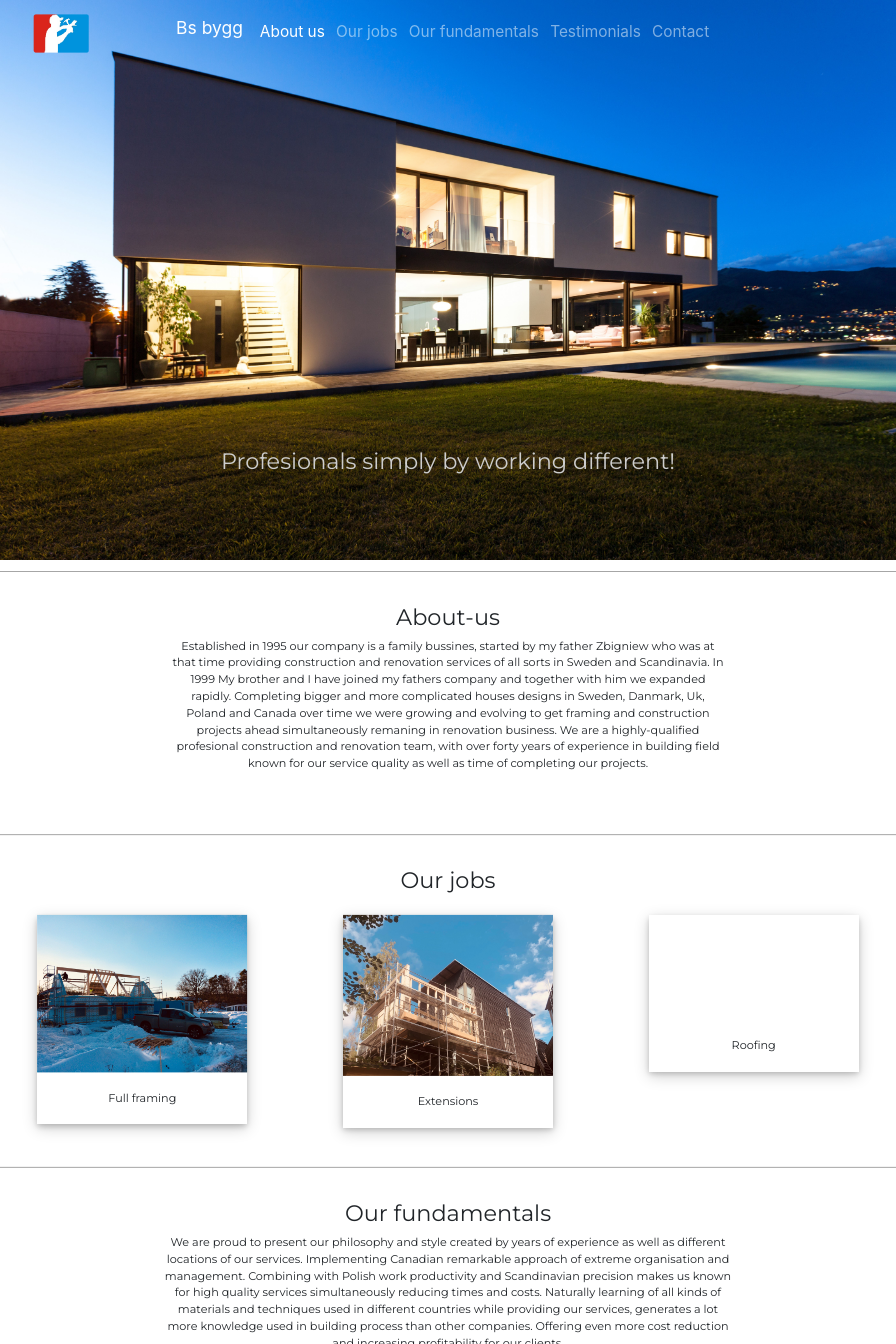
Repository: Bartie1982/milestone-project-1
Page: index.html
The author's editor kept a record of every edit. The page is drawn from the files as they stood at one moment, then again after the next edit.
The browser window is 1280 px wide. The pictures show the part of the page from y = 0 to 1920 px (the page is 2941 px tall), at 70% of full size.

Above is the page before.

### index.html
<!DOCTYPE html>
<html lang="en">

<head>
    <meta charset="UTF-8">
    <meta name="viewport" content="width=device-width, initial-scale=1.0">
    <meta http-equiv="X-UA-Compatible" content="ie=edge">
    <link rel="stylesheet" href="https://stackpath.bootstrapcdn.com/bootstrap/4.3.1/css/bootstrap.min.css" type="text/css" />
    <link rel="stylesheet" href="https://stackpath.bootstrapcdn.com/font-awesome/4.7.0/css/font-awesome.min.css" type="text/css" />
    <link rel="stylesheet" href="assets/css/style.css" type="text/css" />
    <title>BsBygg</title>
</head>

<body>
    <header>
        <div class="container-fluid">
            <div class="row">
                    <div class="col-lg-11 d-flex">
                         <a href="index.html" class="col-md-2 logo "></a>
                        <nav class="navbar navbar-expand-xl navbar-dark">
                            <a class="navbar-brand" href="index.html">Bs bygg</a>
                                <button class="navbar-toggler" type="button" data-toggle="collapse" data-target="#navbarNav" aria-controls="navbarNav" aria-expanded="false" aria-label="Toggle navigation">
                                     <span class="navbar-toggler-icon"></span>
                                </button>
                                <div class="collapse navbar-collapse" id="navbarNav">
                                    <ul class="navbar-nav mr-auto">
                                        <li class="nav-item active">
                                            <a class="nav-link" href="#about-us">About us</a>
                                        </li>
                                        <li class="nav-item">
                                            <a class="nav-link" href="#our-jobs">Our jobs</a>
                                        </li>
                                        <li class="nav-item">
                                            <a class="nav-link" href="#our-fundamentals">Our fundamentals</a>
                                        </li>
                                        <li class="nav-item">
                                            <a class="nav-link" href="#testimonials">Testimonials</a>
                                        </li>
                                        <li class="nav-item">
                                            <a class="nav-link" href="#contact">Contact</a>
                                        </li>
                                    </ul>
                                </div>
                        </nav>
                    </div>
            </div>
        </div>
        <div class="container">
            <div class="row">
                    <div class="col-md-12 d-flex justify-content-center quote">
                        <h2>Profesionals simply by working different!</h2>
                    </div>
            </div>
        </div>
    </header>
        <div class="row">
            <div class="col-md-12 h-line3">
                <hr>
            </div>
        </div>
    <section>
        <div class="d-flex justify-content-center" id="about-us">
            <div class="col-md-8 about-us">
                <h2>About-us</h2>

                <p class="col-md-12 text-space">Established in 1995 our company is a family bussines,
                started by my father Zbigniew who was at that time  providing construction and renovation services of all sorts in Sweden and Scandinavia.
                In 1999 My brother and I have joined my fathers company and together with him we expanded rapidly.
                Completing bigger and more complicated houses designs in Sweden, Danmark, Uk, Poland and Canada over time  we were growing and evolving to get framing and construction projects ahead simultaneously remaning in renovation business.
                We are a highly-qualified profesional construction and renovation team, with over forty years of experience in building field known for our service quality as well as time of completing our projects.
                </p>

            </div>
        </div>

        <div class="row">
            <div class="col-md-12 h-line4">
                <hr>
            </div>
        </div>

    </section>
    <section>
        <div class="row" id="our-jobs">
            <div class="col-md-12 Our-jobs">
                <h2>Our jobs</h2>
                    <div class="row d-flex justify-content-around">
                        <div class="col-sm-12 col-md-12 col-lg-4">
                            <div class="polaroid">
                        <img src="./assets/images/balsta-light.jpg" alt="Full framing" style="width:100%">
                             <div class="container p">
                             <p>Full framing</p>
                             </div>
                       </div>
                        </div>
                        <div class="col-sm-12 col-md-12 col-lg-4">
                            <div class="polaroid">
                        <img src="./assets/images/flottare.jpg" alt="Extensions" style="width:100%">
                             <div class="container p">
                             <p>Extensions</p>
                             </div>
                       </div>
                        </div>
                        <div class="col-sm-12 col-md-12 col-lg-4">
                            <div class="polaroid">
                        <img src="./assets/images/tak-arbetet.jpg" alt="Roofing" style="width:100%">
                             <div class="container p">
                             <p>Roofing</p>
                         </div>
                        </div>
                    </div>
                </div>
            </div>
        </div>
    </section>
    <section>
        <div class="row">
            <div class="col-md-12 h-line3">
                <hr>
            </div>
        </div>
        <div class="row d-flex justify-content-center" id="our-fundamentals">
            <div class="col-md-8 our-fundamentals">
                <h2>Our fundamentals</h2>

                <p class="col-md-12 text-space">We are proud to present our philosophy and style created by years of experience as well as different locations of our services.
                Implementing  Canadian remarkable approach of extreme organisation and management.
                Combining with Polish work productivity and Scandinavian precision makes us known for high quality services simultaneously reducing times and costs.
                Naturally learning of all kinds of materials and techniques used in different countries while providing our services, generates a lot more knowledge used in building process than other companies. Offering even more
                cost reduction and increasing profitability for our clients.
                </p>
            </div>
        </div>

        <div class="row">
            <div class="col-md-12 h-line4">
                <hr>
            </div>
        </div>
    </section>
    <section>
        <div class="row" id="testimonials">
            <div class="col-md-12 Testimonials">
                <h2>Testimonials</h2>
                    <div class="row people d-flex justify-content-around">
                        <div class="col-sm-12 col-md-4 person">
                            <img class="img-fluid" src="./assets/images/Face 6.jpg" alt="Peter">
                            <p class="text-space"><i>"It's verry professional company with services worth recomending to everyone."</i><br><b>PETER</b></p>
                        </div>
                        <div class="col-sm-12 col-md-4 person">
                            <img class="img-fluid" src="./assets/images/Face 4.jpg" alt="Henrik">
                            <p class="text-space"><i>"Very good prepared and colaborative, I could see right away I have been hired profesionals."</i><br><b>HENRIK</b></p>
                        </div>
                        <div class="col-sm-12 col-md-4 person">
                            <img class="img-fluid" src="./assets/images/Face 7.jpg" alt="Frida">
                            <p class="text-space">"<i>Work was well planed, well orginased and definetly quick and clean."</i><br><b>FRIDA</b></p>
                        </div>
                    </div>
            </div>
                <div class="row">
                    <div class="col-md-12 h-line4">
                        <hr>
                    </div>
                </div>
    </section>
    <footer class="container-fluid" id="contact">
        <div class="row">
                <div class="col-lg-6 col-md-6 col-sm-12 mx-auto">
                    <h4 class="general-sub w-50 mx-auto">Contact</h4>

                        <div class="w-50 mx-auto">
                            <div>
                            <p><b>Email:</b> contact@bsbygg.com</p>
                            </div>
                            <div>
                            <p><b>Mobile:</b> 0704645042 </p>
                            </div>
                            <div>
                            <p><b>Adress:</b> Petersbergsvagen 5 <br>185 34 Vaxholm</p>
                        </div>
                </div>
        </div>
            <div class="col-lg-6 col-md-6 col-sm-12 social mx-auto">
                <h4 class="general-sub w-50 mx-auto">Social</h4>
                <ul class="list-inline social-links w-50 mx-auto">
                <li class="list-inline-item">
                    <a target="_blank" href="https://www.linkedin.com/">
                        <i class="fa fa-linkedin" aria-hidden="true"></i>
                        <span class="sr-only">Linkedin</span>
                    </a>
                </li>

                <li class="list-inline-item">
                    <a target="_blank" href="https://www.facebook.com/">
                        <i class="fa fa-facebook" aria-hidden="true"></i>
                        <span class="sr-only">Facebook</span>
                    </a>

                </li>
                <li class="list-inline-item">
                    <a target="_blank" href="https://www.pinterest.com/">
                        <i class="fa fa-pinterest" aria-hidden="true"></i>
                        <span class="sr-only">Pinterest</span>
                    </a>
                </li>
                <li class="list-inline-item">
                    <a target="_blank" href="https://www.instagram.com/">
                        <i class="fa fa-instagram" aria-hidden="true"></i>
                        <span class="sr-only">Instagram</span>
                    </a>
                </li>

                </ul>
            </div>
        </div>
        <div class="d-flex justify-content-center">
            <p class="">All rights reserved  Bartosz Szkaradzinski 2020</p>
        </div>
    </footer>
</body>

</html>

### assets/css/style.css
@import url('https://fonts.googleapis.com/css?family=Montserrat&display=swap:100,200,300,400,500,600,700|Exo:100,200,300,400,500,600,700');


/*----------------------------------------------Colours*/
.bg-color-name-title {
      color: #000234;
}



/*----------------------------------------------Heading*/

html, body {
    width: 100vw;
    overflow-x: hidden;
    overflow-y: auto;
}

header {
    margin: 0;
    background: url("../images/Villa1.jpg");
    background-repeat: no-repeat;
    background-size: cover;
    height: 800px;

}

.logo {
    background: url("../images/logo1.png");
    background-position: left;
    background-repeat: no-repeat;
    background-size: 85px;
    min-height: 85px;
    margin-top: 5px;
    margin-left: 30px;

}

.navbar-dark {
    position: relative;
    font-size: 22px;

}

.navbar-brand {
    margin-bottom: 8px;
    font-size: 25px;

}

.quote {
    margin-top: 550px;
    margin-left: auto;
    margin-right: auto;
    color: #cdcdcd;
    font-family: "Exo", Montserrat;
    font-weight: 100;
    font-size: 30px;

}

/*----------------------------------------------About us*/

.about-us {

    font-family: "Exo", Montserrat;
    margin-top: 30px;
    text-align: center;
    min-height: 300px;

}

/*----------------------------------------------Our fundamentals*/



.our-fundamentals {
    font-family: "Exo", Montserrat;
    margin-top: 30px;
    text-align: center;
    min-height: 300px;
}




/*----------------------------------------------Our jobs*/

.polaroid {
  width: 300px;
  box-shadow: 0 4px 8px 0 rgba(0, 0, 0, 0.2), 0 6px 20px 0 rgba(0, 0, 0, 0.19);
  text-align: center;
  margin: 30px auto 40px auto;

}

.Our-jobs {
    font-family: "Exo", Montserrat;
    margin-top: 30px;
    text-align: center;
    min-height: 300px;

}


/*----------------------------------------------Testimonials*/

.container p {
  padding: 25px;
}
.people {
    margin-top:20px;
    margin-bottom: 40px;
}
.person {

    height: inherit;
    margin-bottom: 30px;
}
.person img {
    width: 50%;
    margin-left: auto;
    margin-right: auto;
}
.person p {
    padding-left: 30px;
    padding-right: 30px;
}


.name {
    font-family: "Exo", Montserrat;
    background-position: center;
    margin-top: 50px;
    font-weight: 100;
    min-height: 100px;
    font-size: 46px;
    color: #fff;

}

.Testimonials {
    font-family: "Exo", Montserrat;
    margin-top: 30px;
    text-align: center;
    min-height: 300px;

}

/*----------------------------------------------Spacers/lines/margins/paddings/text */

h1,
h2,
h3,
h4 {
       margin: 0;
}



hr {
    background-color: grey;
    height: 1px;
    border: 0; }

.h-line3 {
    margin-top: 0;

}

.h-line4 {
    margin-top: 1%;
}

.text-space {
    margin-top: 10px;
    margin-bottom: 10px;
}

.general-sub {
    margin-top: 20px;
    margin-bottom: 10px;
    color: #fafafa;
    font-family: "Exo", Montserrat;
    font-weight: 300;

}

.inline-block {
    display: inline-block;

}

/*----------------------------------------------Footer*/

footer {
    background-color: #525252;
    color: #fafafa;
    min-height: 240px;
}

.contact {
    margin-left: auto;
    margin-right: auto;

}

.quote-pdf i {
    font-size: 20px;
    color: #fafafa;
    text-align: center;
    padding-left: 8px;
    transition: all 0.45s ease-in;
    -moz-transition: all 0.45s ease-in;
    -webkit-transition: all 0.45s ease-in;
    -o-transition: all 0.45s ease-in;
}

.quote-pdf i:hover {
    color: #40A8AF;

}
.social {
     margin-right: auto;
     margin-left: auto;
}

.social-links li a i {
    width: 30px;
    height:30px;
    padding: 15px;
    border-radius: 15%;
    font-size: 15px;
    line-height: 10px;
    text-align: center;
    color: #fafafa;
    background: #8f8f8f;
    transition: all 0.35s ease-in;
    -moz-transition: all 0.35s ease-in;
    -webkit-transition: all 0.35s ease-in;
    -o-transition: all 0.35s ease-in;
}

.social-links li a i:hover {
    background: #40A8AF;
}

After the next edit:
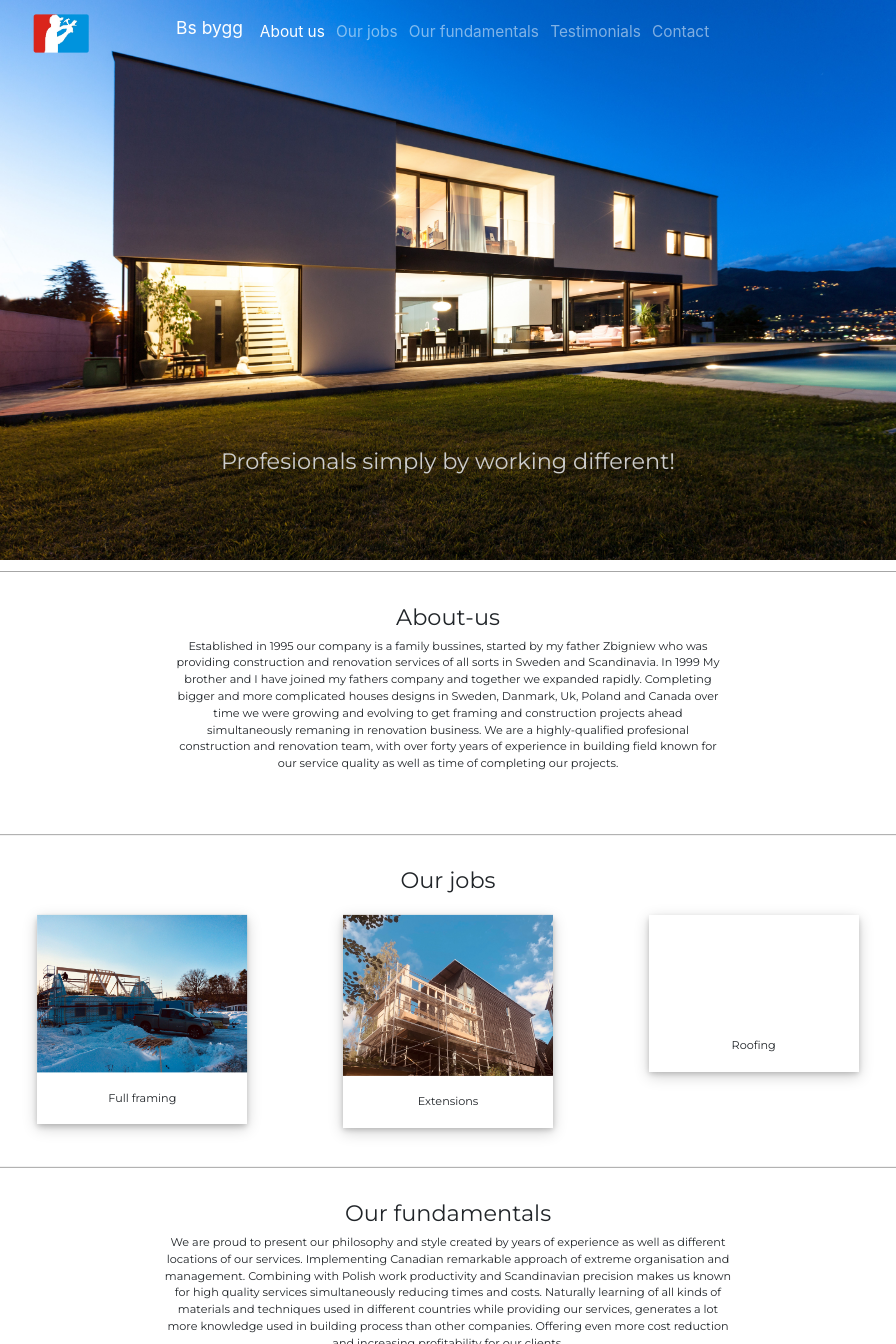
The edit:
--- a/index.html
+++ b/index.html
@@ -64,8 +64,8 @@
                 <h2>About-us</h2>
 
                 <p class="col-md-12 text-space">Established in 1995 our company is a family bussines,
-                started by my father Zbigniew who was at that time  providing construction and renovation services of all sorts in Sweden and Scandinavia.
-                In 1999 My brother and I have joined my fathers company and together with him we expanded rapidly.
+                started by my father Zbigniew who was providing construction and renovation services of all sorts in Sweden and Scandinavia.
+                In 1999 My brother and I have joined my fathers company and together we expanded rapidly.
                 Completing bigger and more complicated houses designs in Sweden, Danmark, Uk, Poland and Canada over time  we were growing and evolving to get framing and construction projects ahead simultaneously remaning in renovation business.
                 We are a highly-qualified profesional construction and renovation team, with over forty years of experience in building field known for our service quality as well as time of completing our projects.
                 </p>
